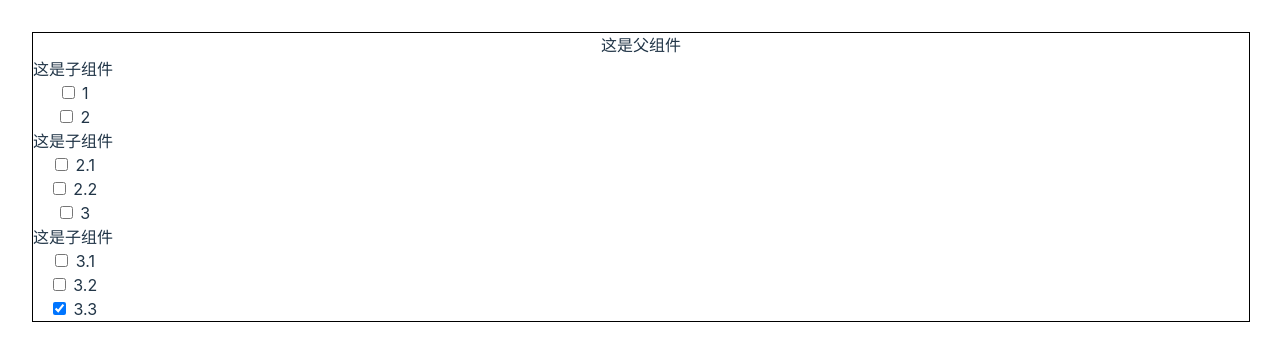
Repository: LeeypOR/management-system
Page: /
An editor plug-in stored every save of this project. The page is shown before and after the next save, followed by the edit.
The browser window is 1280 px wide. The pictures show the whole page.
The project was rebuilt for these pictures with package versions that can differ from the ones it lists, and the page was loaded fresh each time. Also part of the build but not shown: vite.config.ts.

Above is the page before, as saved 2023-02-22 16:12:39.
Console error: SyntaxError: Cannot use import statement outside a module

After the next save:
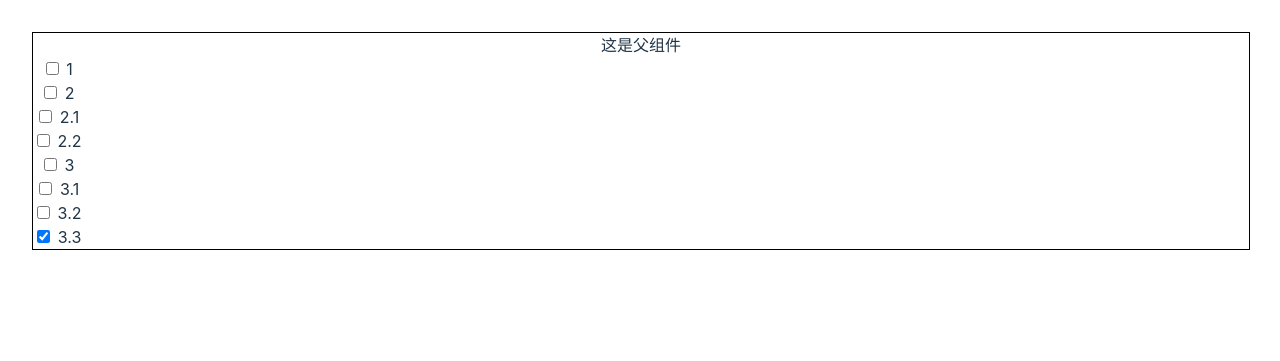
Saved 10 s later.
--- a/src/components/Children1.vue
+++ b/src/components/Children1.vue
@@ -1,6 +1,6 @@
 <template>
   <div class="children1">
-    这是子组件
+
     <div v-for="item in data">
       <input type="checkbox" v-model="item.checked"> <span>{{ item.name }}</span>
       <Children1 v-if="item?.children?.length" :data="item?.children"></Children1>
